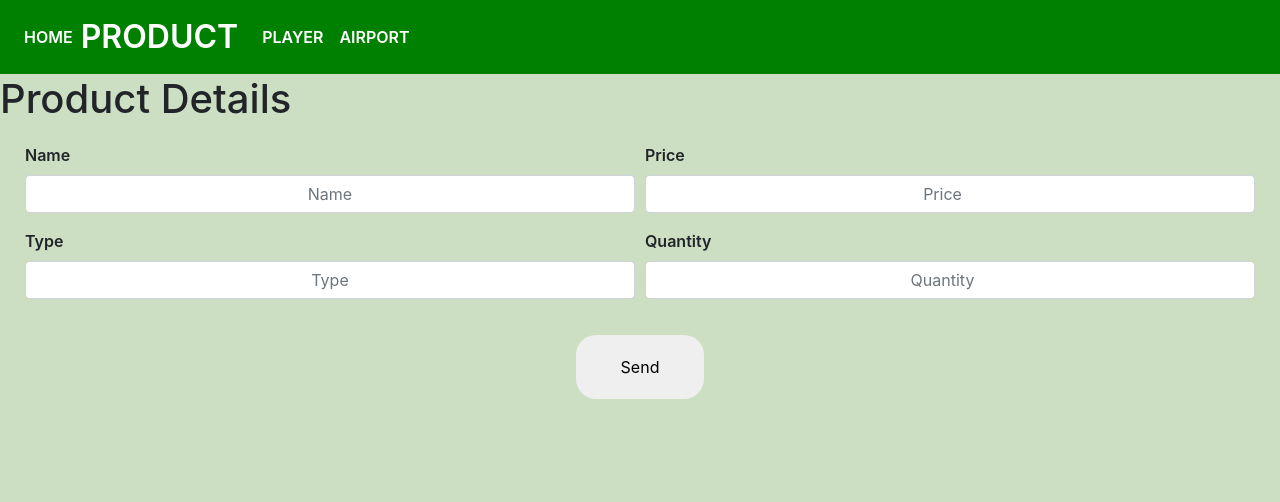
Repository: 05Mohammedismail/xworkz--Advance-Java
Page: http://localhost/Sep13_JSP/product.jsp
These files come from the project's save history. The page is drawn as it stood at one moment and after the next save; the edit follows.
The browser window is 1280 px wide. The pictures show the whole page.
The page is served by Tomcat 9.

Above is the page before, as saved 2023-09-13 15:49:45.

After the next save:
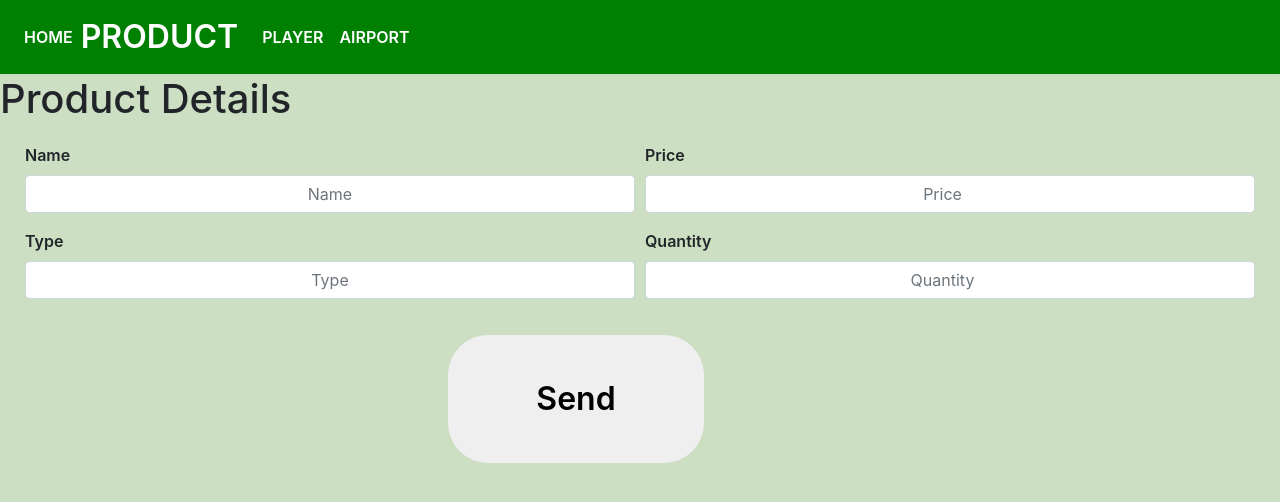
Saved 88 s later.
--- a/Sep13_JSP/src/main/webapp/product.jsp
+++ b/Sep13_JSP/src/main/webapp/product.jsp
@@ -34,11 +34,13 @@ position: relative;
 .send{
 position: absolute;
 right: 45%;
-border-radius: 20px;
+border-radius: 40px;
 height: 4em;
 width: 8em;
 outline: none;
 border: none;
+font-weight: 600;
+font-size: 2em;
 }
 
 .form-control{
